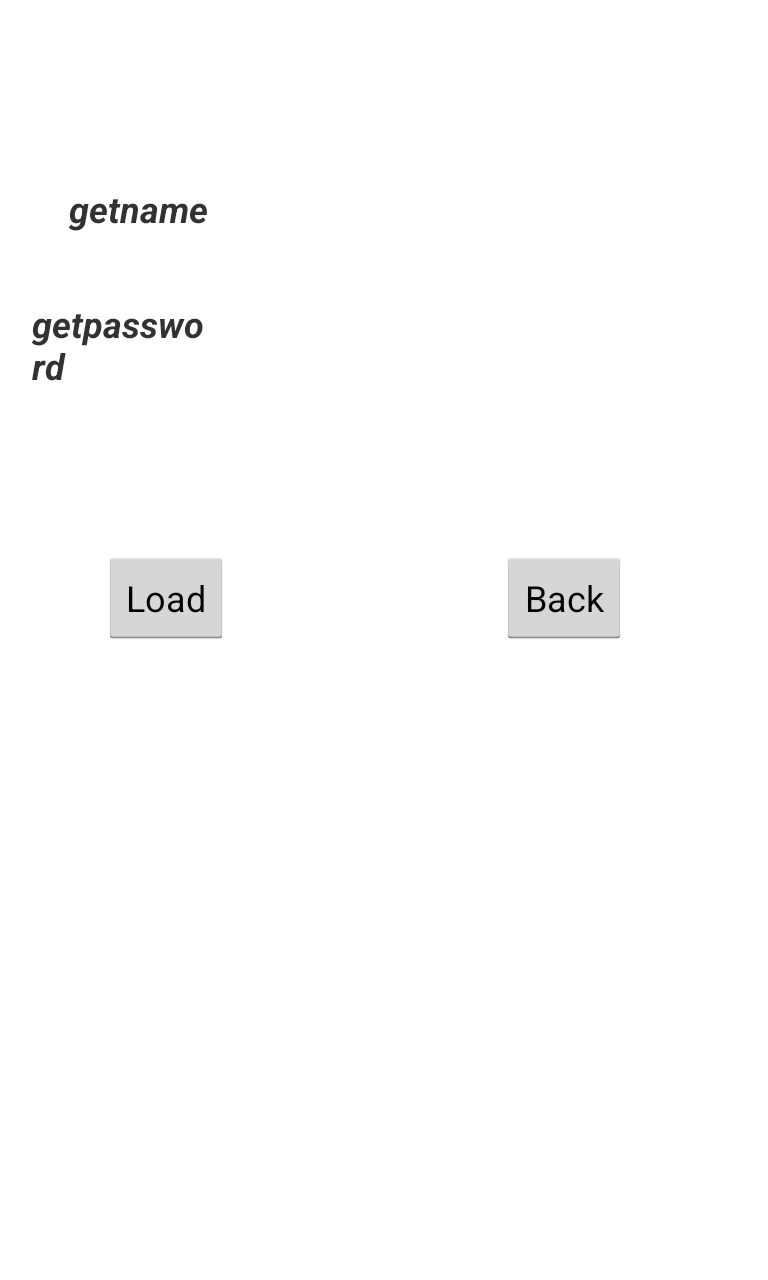
Repository: yashmoda/Android-Practice
Layout: internalstoragedemo/res/layout/activity_main2.xml
An editor plug-in stored every save of this project. The layout is shown before and after the next save, followed by the edit.
It is drawn on a 768 x 1280 px phone screen (xhdpi) without system bars, with theme AppTheme; the app's code is not run. The app's manifest (not shown) leaves right-to-left support off. So textAlignment, textDirection and layoutDirection are ignored, and left and right values win over start and end ones.

Above is the layout before, as saved 2017-06-18 05:49:47.

### internalstoragedemo/res/layout/activity_main2.xml
<?xml version="1.0" encoding="utf-8"?>
<RelativeLayout xmlns:android="http://schemas.android.com/apk/res/android"
     xmlns:tools="http://schemas.android.com/tools"
    android:layout_width="match_parent"
    android:layout_height="match_parent"
     android:paddingBottom="@dimen/activity_vertical_margin"
    android:paddingLeft="@dimen/activity_horizontal_margin"
    android:paddingRight="@dimen/activity_horizontal_margin"
    android:paddingTop="@dimen/activity_vertical_margin"
    tools:context="com.example.internalstoragedemo.Main2Activity">

    <TextView
        android:text="getname"
        android:layout_width="wrap_content"
        android:layout_height="wrap_content"
        android:layout_alignParentTop="true"
        android:layout_alignRight="@+id/button3"
        android:layout_alignEnd="@+id/button3"
        android:layout_marginRight="11dp"
        android:layout_marginEnd="11dp"
        android:layout_marginTop="76dp"
        android:id="@+id/textView3"
        android:textSize="18sp"
        android:textStyle="bold|italic" />

    <TextView
        android:text="getpassword"
        android:layout_width="wrap_content"
        android:layout_height="wrap_content"
        android:layout_below="@+id/textView3"
        android:layout_alignRight="@+id/textView3"
        android:layout_alignEnd="@+id/textView3"
        android:layout_marginTop="33dp"
        android:id="@+id/textView4"
        android:textStyle="bold|italic"
        android:textSize="18sp" />

    <TextView
        android:layout_width="wrap_content"
        android:layout_height="wrap_content"
        android:layout_above="@+id/textView4"
        android:layout_alignLeft="@+id/button4"
        android:layout_alignStart="@+id/button4"
        android:id="@+id/getname"
        android:textStyle="bold|italic"
        android:textSize="18sp" />

    <TextView
        android:layout_width="wrap_content"
        android:layout_height="wrap_content"
        android:layout_alignBottom="@+id/textView4"
        android:layout_alignLeft="@+id/getname"
        android:layout_alignStart="@+id/getname"
        android:id="@+id/getpass"
        android:textStyle="bold|italic"
        android:textSize="18sp" />

    <Button
        android:text="Load"
        android:layout_width="wrap_content"
        android:layout_height="wrap_content"
        android:id="@+id/button3"
        android:layout_marginLeft="35dp"
        android:layout_marginStart="35dp"
        android:onClick="load"
        android:layout_below="@+id/textView4"
        android:layout_alignParentLeft="true"
        android:layout_alignParentStart="true"
        android:layout_marginTop="80dp" />

    <Button
        android:text="Back"
        android:layout_width="wrap_content"
        android:layout_height="wrap_content"
        android:layout_marginRight="54dp"
        android:layout_marginEnd="54dp"
        android:id="@+id/button4"
        android:onClick="back"
        android:layout_alignBaseline="@+id/button3"
        android:layout_alignBottom="@+id/button3"
        android:layout_alignParentRight="true"
        android:layout_alignParentEnd="true" />



</RelativeLayout>

Loaded but not shown: internalstoragedemo/res/values/styles.xml (common file); internalstoragedemo/res/values-v11/styles.xml (common file); internalstoragedemo/res/values-v14/styles.xml (common file); internalstoragedemo/res/values/dimens.xml (common file); internalstoragedemo/res/values-w820dp/dimens.xml (common file)

After the next save:
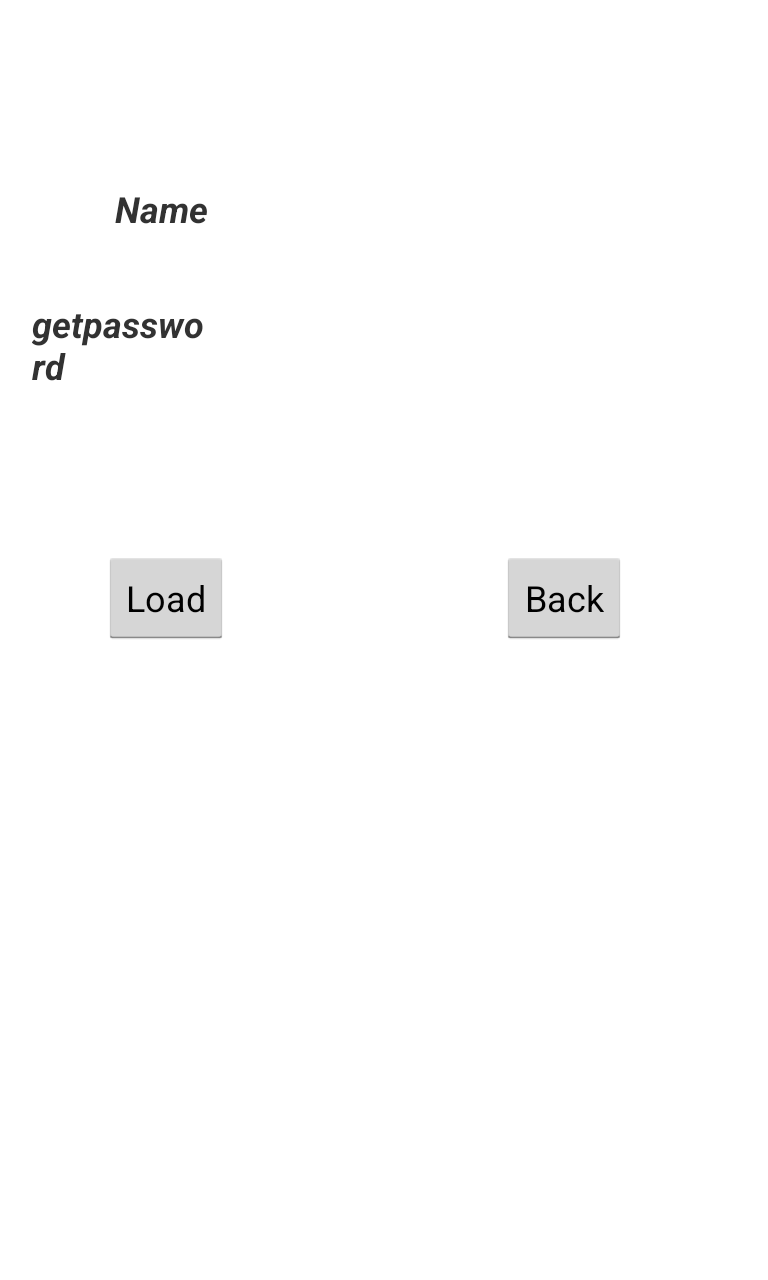
Saved 33 s later.
--- a/internalstoragedemo/res/layout/activity_main2.xml
+++ b/internalstoragedemo/res/layout/activity_main2.xml
@@ -10,7 +10,7 @@
     tools:context="com.example.internalstoragedemo.Main2Activity">
 
     <TextView
-        android:text="getname"
+        android:text="Name"
         android:layout_width="wrap_content"
         android:layout_height="wrap_content"
         android:layout_alignParentTop="true"
